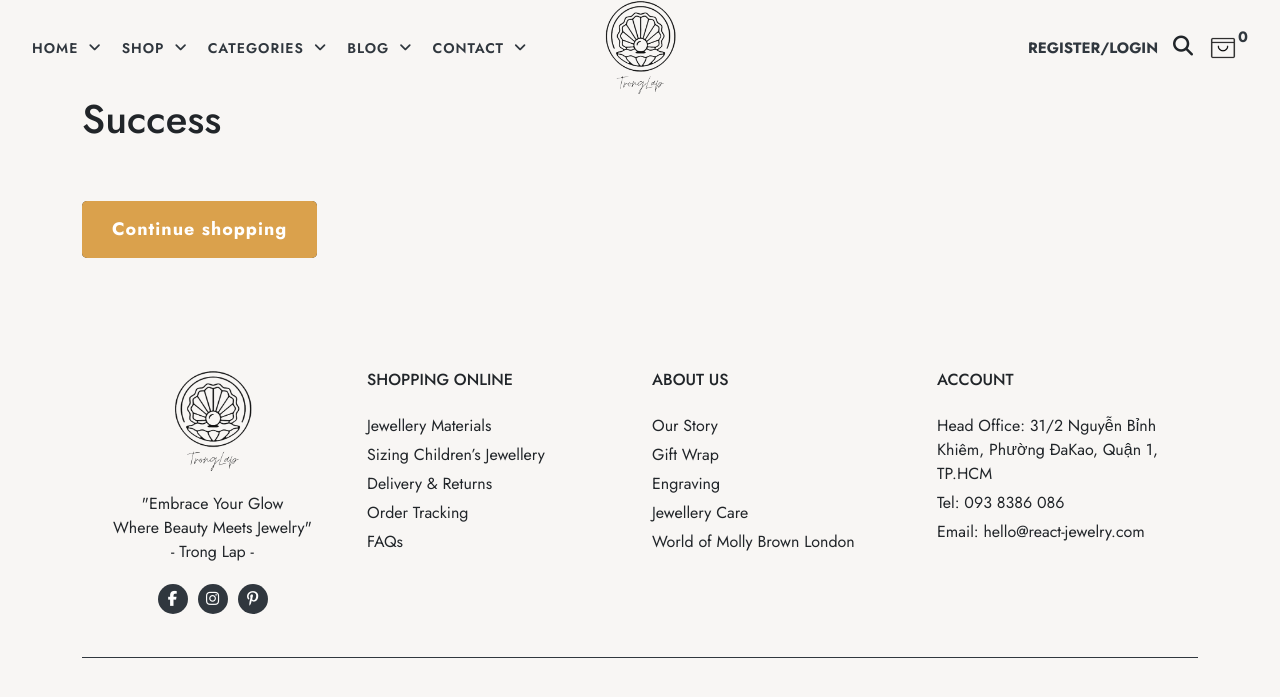
Repository: tronglap/react-jewelry
Page: /order-success
An editor plug-in stored every save of this project. The page is shown before and after a run of saves, followed by the edit.
The browser window is 1280 px wide. The pictures show the whole page.
The pointer rests on the first visible `.shop-now`.
The project was rebuilt for these pictures with package versions that can differ from the ones it lists, and the page was loaded fresh each time. Also part of the build but not shown: src/component/SliderBar/SliderBar.css, src/component/SliderBar/SliderBar.js, src/component/Home/WWD/WWD.css, src/component/Home/WWD/WWD.js, src/component/Home/Home.css, src/component/Home/Categories/Categories.js, src/component/CardProduct/CartProduct.js, src/component/Home/OURBESTSELLING/OB.css and 16 more.

Above is the page before, as saved 2024-03-26 20:50:38.

### src/App.css
@import url('https://fonts.googleapis.com/css2?family=Jost:ital,wght@0,100..900;1,100..900&family=Prata&display=swap');


* {
    margin: 0;
    padding: 0;
    box-sizing: border-box;
}

img {
    width: 100%;
}

a {
    text-decoration: none;
}

ul {
    list-style: none;
    margin: 0;
    padding: 0;
}

body {
    font-family: "Jost", sans-serif;
    --seconddaryfont: "Prata";
    --color-primary: #daa14c;
    --color-secondary: #30373e;
    --color-text: #666;
    --color-accent: #30373e;
    --color-lighter: #888;
    --color-dark: #202020;
    --color-highlight: #ccc;
    --color-border: #e3e3e3;
    --color-background-light: #f8f6f4;
    --color-background-field: #DADADA20;
    background-color: #f8f6f4;
}

### src/UseContext.js
import React, { createContext, useContext, useState } from "react";

const UseContext = createContext();

export const useCart = () => {
  return useContext(UseContext);
};

export const CartProvider = ({ children }) => {
  const [cartItems, setCartItems] = useState(
    localStorage.getItem("LIST_CART")
      ? JSON.parse(localStorage.getItem("LIST_CART"))
      : []
  );

  const addToCart = (product, quantity) => {
    const newCart = [...cartItems];

    const checkIndex = newCart.findIndex((item) => item.id === product.id);

    if (checkIndex >= 0) {
      newCart[checkIndex].quantity += quantity;
    } else {
      product.quantity = quantity;
      newCart.push(product);
    }
    setCartItems(newCart);
    localStorage.setItem("LIST_CART", JSON.stringify(newCart));
  };

  return (
    <UseContext.Provider value={{ cartItems, addToCart, setCartItems }}>
      {children}
    </UseContext.Provider>
  );
};

### src/component/AutoTop/AutoTop.js
import { useEffect } from "react";
import { useNavigate } from "react-router-dom";

const AutoTop = () => {
  const navigate = useNavigate();
  useEffect(() => {
    window.scrollTo({
      top: 0,
      behavior: "smooth",
    });
  }, [navigate]);
  return null;
};

export default AutoTop;

### src/component/OrderSuccess/OS.js
import React from "react";
import Header from "../Header/HeaderMain/Header";
import { Container } from "react-bootstrap";
import { Link } from "react-router-dom";
import Button from "../Button/Button";
import "./OS.css";

const OS = () => {
  return (
    <div>
      <Header />
      <Container>
        <div>
          <h1>Success</h1>
          <Link to="/list-product">
            <Button title="Continue shopping"></Button>
          </Link>
        </div>
      </Container>
    </div>
  );
};

export default OS;

### src/component/Footer/Footer.css
.footer {
    margin-top: 10%;
    text-align: left;
    height: 40vh;
    border-bottom: 0.1px solid var(--color-secondary);
    margin-bottom: 20px;
}

.footer .logo {
    margin: 0 auto;
    width: 30%;
}

.footer .slogan {
    text-align: center;
    margin: 20px 0;
}

.footer .social-links {
    display: flex;
    gap: 10px;
    margin-top: 10px;
    justify-content: center;
}

.footer .social-links a {
    display: flex;
    align-items: center;
    justify-content: center;
    color: white;
    background-color: var(--color-secondary);
    border-radius: 50%;
    width: 30px;
    height: 30px;
    font-size: 20px;
    text-align: center;
    transition: 0.3s ease;
}

.footer .social-links a:hover {
    background-color: var(--color-primary);
}

::selection {
    color: white;
    background-color: var(--color-primary);
}

.footer ul {
    margin-top: 25px;
}

.footer ul li {
    margin-bottom: 5px;
    cursor: pointer;
    transition: 0.2s linear;
}

.footer ul li:hover {
    color: var(--color-primary)
}

### src/component/Button/Button.js
import React from "react";
import "./Button.css";

const Button = ({ title, onClick, type }) => {
  return (
    <button type={type} className="shop-now" onClick={onClick}>
      {title}
    </button>
  );
};

export default Button;

### src/component/Cart/Cart.css
.Cart .link_header {
    display: flex;
    justify-content: flex-start;
    align-items: center;
}

.Cart .link_header .Home,
.Cart .link_header .Shop {
    line-height: 24px;
    text-decoration: none;
    color: var(--color-text);
    font-weight: 400;
    font-size: 14px;
    transition: 0.2s ease;
}

.Cart .link_header .Shop {
    color: var(--color-primary)
}

.Cart .link_header .Home:hover,
.Cart .link_header .Home:hover i {
    color: var(--color-primary)
}

.Cart .link_header .Home i,
.Cart .link_header .icon i {
    margin-right: 10px;
    color: var(--color-text);
    transition: 0.2s ease;
    font-size: 13px;
}

.Cart .link_header .icon {
    display: flex;
    align-items: center;
    justify-content: center;
    margin: 0 10px;
}

.Cart .cart-product {
    display: none;
    margin-top: 10%;
    text-align: center;
}

.Cart .cart-product.active {
    display: block;
}

.Cart .noti.active {
    display: none;
}

.Cart .cart-product .title {
    color: var(--color-secondary);
    font-weight: 600;
    text-transform: uppercase;
}

.Cart .cart-product .quantity {
    display: flex;
    align-items: center;
    justify-content: space-between;
    border: 1px solid #e3e3e3;

}

.Cart .cart-product .quantity input {
    padding: 13px 0;
    font-size: 14px;
    font-weight: 600;
    text-align: center;
    margin: 0 auto;
    outline: none;
    background-color: transparent;
    border: none;
    width: 50%;
}

.Cart .cart-product .quantity button {
    padding: 5px 10px 5px 10px;
    border: none;
    background-color: transparent;
    transition: 0.5s linear;
    border-radius: 50%;
    outline: none;
}

.Cart .cart-product .quantity button:active {
    background-color: rgba(128, 128, 128, 0.5)
}

p {
    margin: 0;
}

.Cart .cart-product .bill {
    text-align: left;
    padding: 30px 30px 40px;
    position: relative;
    background-color: #F8F6F4;
    border: 6px solid #E3E3E3;
    border-radius: 5px;
    color: var(--color-secondary)
}

.Cart .cart-product .bill .cart-total h2 {
    font-size: 28px;
    font-family: 'Prata', sans-serif;
    margin-bottom: 15px;
    font-weight: 400;
}

.Cart .cart-product .bill .total-product,
.Cart .cart-product .bill .total {
    display: flex;
    justify-content: space-between;
    align-items: center;
    font-size: 18px;
    padding: 1em 0;
}

.Cart .cart-product .bill .total {
    margin: 10% 0
}

.Cart .cart-product .bill .total .price {
    font-size: 24px;
    color: var(--color-primary);
    font-weight: 600;
}

.Cart .cart-product .bill .proceed-to-checkout {
    outline: none;
    text-align: center;
}

.Cart .cart-product .bill .proceed-to-checkout .btn-proceed .shop-now {
    margin: 0;
    text-transform: uppercase;
    width: 100%;
    font-weight: 600;
    font-size: 13px;
}

.Cart .cart-product .bill .proceed-to-checkout .btn-proceed .shop-now:hover {
    box-shadow: inset 350px 0 0 0 var(--color-primary);
}

### src/component/OrderSuccess/OS.css
.shop-now:hover {
    box-shadow: inset 300px 0 0 0 var(--color-primary);
}

### src/component/Home/Categories/Categories.css
img {
    width: 100%;
}

.icon_cate {
    display: flex;
    gap: 20px;
    margin: 10% 0;
    justify-content: center;
    align-items: center;
}

.icon_cate .icon1,
.icon_cate .icon2,
.icon_cate .icon3 {
    text-align: center;
}

.icon_cate .icon1 .img_icon,
.icon_cate .icon2 .img_icon,
.icon_cate .icon3 .img_icon {
    display: flex;
    justify-content: center;
    margin-bottom: 15px;
}

.icon_cate .icon1 .img_icon .thumb,
.icon_cate .icon2 .img_icon .thumb,
.icon_cate .icon3 .img_icon .thumb {
    width: 25%;
    border-radius: 50%;
    padding: 20px;
    transition: 0.2s ease;
}

.icon_cate .icon1:hover .img_icon .thumb,
.icon_cate .icon2:hover .img_icon .thumb,
.icon_cate .icon3:hover .img_icon .thumb {
    background: var(--color-primary)
}

.icon_cate .icon1 .title,
.icon_cate .icon2 .title,
.icon_cate .icon3 .title {
    font-size: 24px;
    font-family: 'Prata', sans-serif;
    letter-spacing: .3px;
    color: var(--color-secondary);
    margin-bottom: 15px;
    transition: 0.2s ease;
}

.icon_cate .icon1:hover .title,
.icon_cate .icon2:hover .title,
.icon_cate .icon3:hover .title {
    color: var(--color-primary)
}

.icon_cate .icon1 .desc,
.icon_cate .icon2 .desc,
.icon_cate .icon3 .desc {
    width: 60%;
    margin: 0 auto;
}

.cate {
    overflow: hidden;
}

.cate .right .diamond {
    overflow: hidden;
}

.cate .right {
    display: flex;
    flex-wrap: wrap;
    gap: 5%;
}

.cate .necklaces,
.cate .right .diamond,
.cate .right .earrings,
.cate .right .rings {
    position: relative;
    transition: 0.5s ease;
}

.cate .necklaces::after,
.cate .right .diamond::after,
.cate .right .earrings::after,
.cate .right .rings::after {
    content: "";
    display: block;
    opacity: 0;
    width: 100%;
    height: 200px;
    background: linear-gradient(to top, rgba(0, 0, 0, 0.3), rgba(0, 0, 0, 0));
    bottom: -100px;
    position: absolute;
    transition: 0.5s ease;
    z-index: 0;
}

.cate .necklaces:hover::after,
.cate .right .diamond:hover::after,
.cate .right .earrings:hover::after,
.cate .right .rings:hover::after {
    opacity: 1;
    bottom: 0;
}

.cate .necklaces::before,
.cate .right .diamond::before,
.cate .right .earrings::before,
.cate .right .rings::before {
    content: "";
    opacity: 0;
    width: 100%;
    height: 50px;
    font-family: 'Prata', sans-serif;
    font-size: 35px;
    color: white;
    text-align: center;
    bottom: -50px;
    position: absolute;
    transition: 0.5s ease;
    z-index: 1;
}

.cate .necklaces:hover::before {
    content: "Necklaces";
    opacity: 1;
    bottom: 20px;
}

.cate .right .diamond:hover::before {
    content: "Diamond";
    opacity: 1;
    bottom: 20px;
}

.cate .right .earrings:hover::before {
    content: "Earrings";
    opacity: 1;
    bottom: 20px;
}

.cate .right .rings:hover::before {
    content: "Rings";
    opacity: 1;
    bottom: 20px;
}

### src/component/Header/Header.css
.nav {
    display: flex;
    justify-content: space-between;
    padding: 10px 50px;
    position: absolute;
    background-color: rgba(255, 255, 255, 0);
    color: var(--color-secondary);
    z-index: 1;
    width: 100%;
}

svg {
    margin-top: 0px;
}

path {
    fill: black;
    stroke: black;
    stroke-width: 2px;
    transition: 0.2s linear;
}



.nav .left,
.nav .mid,
.nav .right {
    display: flex;
    align-items: center;
    justify-content: center;
    width: 10%;
}

.nav .right .register a {
    color: var(--color-secondary);
    text-transform: uppercase;
    font-weight: bold;
    font-size: 15px;
    transition: 0.2s linear;
}

.nav .right .register a:hover {
    color: var(--color-primary)
}

.nav .right .cart {
    display: flex;
    justify-content: center;
    align-items: center;
    margin-left: 15px;
    cursor: pointer;
}


.nav .right .cart:hover svg path {
    fill: var(--color-primary);
    stroke: var(--color-primary);
    stroke-width: 2px;
}

.nav .right .cart:hover .count {
    color: var(--color-primary)
}

.nav .right .cart .count {
    font-weight: bold;
    font-size: 15px;
    margin-bottom: 20px;
    transition: 0.2s linear;
    color: var(--color-secondary)
}


.nav .left .bar {
    display: flex;
    justify-content: center;
    align-items: center;
    cursor: pointer;
    position: relative;
    color: transparent;
}

.nav .left .bar .line1 {
    display: block;
    width: 20px;
    height: 2px;
    background-color: var(--color-secondary);
    top: 5px;
    left: 0;
    position: absolute;
    border-radius: 5px;
    transition: 0.1s linear;
}

.nav .left .bar .line2 {
    display: block;
    width: 15px;
    height: 2.5px;
    background-color: var(--color-secondary);
    top: 10px;
    left: 0;
    position: absolute;
    transition: 0.1s linear;
    border-radius: 5px;
}

.nav .left .bar .line3 {
    display: block;
    width: 20px;
    height: 2.5px;
    background-color: var(--color-secondary);
    top: 15px;
    left: 0;
    position: absolute;
    border-radius: 5px;
    transition: 0.1s linear;
}

.nav .left .bar:hover .line1,
.nav .left .bar:hover .line2,
.nav .left .bar:hover .line3 {
    background-color: var(--color-primary)
}

.nav .left .bar:hover .line2 {
    width: 20px;
}

.nav .left .search {
    display: flex;
    justify-content: center;
    align-items: center;
    cursor: pointer;
    transition: 0.2s ease;
}

.nav .left .search:hover {
    color: var(--color-primary)
}

.nav .left .search p {
    text-transform: uppercase;
    font-size: 10px;
    font-weight: bold;
    margin: 0;
}

.nav .left .search i {
    margin-right: 5px;
    font-size: 20px;
}

.nav .mid .logo {
    width: 30%;
}

/*------------------------------------*/

/*  {
    display: none;
    top: 0;
    left: 0;
    width: 100%;
    background-color: rgba(0, 0, 0, 0.5);
    position: absolute;
}

.active {
    display: block;
} */

.NavBar {
    opacity: 0;
    pointer-events: none;
    top: 0;
    left: -200px;
    width: 30%;
    height: 100vh;
    padding: 20px;
    transition: 0.3s linear;
    background-color: white;
    position: absolute;

}

.NavBar.active {
    pointer-events: visible;
    opacity: 1;
    left: 0;
}

.NavBar .icon_close {
    margin-bottom: 5%;
    cursor: pointer;
    position: relative;
}


.NavBar .icon_close .icon .line1 {
    width: 20px;
    height: 2px;
    top: 10px;
    right: 0;
    border-radius: 5px;
    background-color: black;
    transition: 0.3s ease;
    transform: rotate(45deg);
    position: absolute;
}

.NavBar .icon_close .icon .line2 {
    width: 20px;
    height: 2px;
    top: 10px;
    right: 0;
    border-radius: 5px;
    background-color: black;
    transition: 0.3s ease;
    transform: rotate(-45deg);
    position: absolute;
}

.NavBar .icon_close .icon:hover .line1,
.NavBar .icon_close .icon:hover .line2 {
    transform: rotate(0);
    height: 3.5px;
    background-color: var(--color-primary)
}

.NavBar .icon_close .Menu {
    color: var(--color-secondary);
    text-transform: uppercase;
    text-align: left;
    font-size: 14px;
    font-weight: 500;
    line-height: 20px;
    position: relative;
}

.NavBar .icon_close .Menu::after {
    content: "";
    display: block;
    margin-top: 20%;
    width: 100%;
    height: 2px;
    background-color: var(--color-primary);
    position: absolute;
}

.NavBar .Home,
.NavBar .Shop,
.NavBar .Categories,
.NavBar .Blog,
.NavBar .Contact {
    display: flex;
    justify-content: space-between;
    align-items: center;
    font-weight: 400;
    font-size: 14px;
    color: var(--color-secondary);
    padding: 15px 0px;
    transition: 0.1s linear;
    cursor: pointer;
}

.NavBar .Home i,
.NavBar .Shop i,
.NavBar .Categories i,
.NavBar .Blog i,
.NavBar .Contact i {
    font-size: 15px;
    transition: 0.3s ease;
}

.NavBar .Home:hover,
.NavBar .Shop:hover,
.NavBar .Categories:hover,
.NavBar .Blog:hover,
.NavBar .Contact:hover {
    color: var(--color-primary)
}

.NavBar .Home.active i,
.NavBar .Shop.acive i,
.NavBar .Categories.active i,
.NavBar .Blog.active i,
.NavBar .Contact.active i {
    transform: rotate(90deg);
}

### src/component/Header/HeaderMain/Header.css
svg {
    margin-top: 0px;
}

path {
    fill: black;
    stroke: black;
    stroke-width: 2px;
    transition: 0.2s linear;
}

.HeaderMain {
    display: flex;
    justify-content: space-between;
    align-items: center;
    padding: 0 20px;
}

.HeaderMain .left {
    display: flex;
    gap: 20px;
    width: 40%;
}

.HeaderMain .left .Home,
.HeaderMain .left .Shop,
.HeaderMain .left .Categories,
.HeaderMain .left .Blog,
.HeaderMain .left .Contact {
    display: flex;
    justify-content: space-between;
    align-items: center;
    text-transform: uppercase;
    line-height: 1.2857142857;
    font-weight: 600;
    font-size: 14px;
    color: var(--color-secondary);
    letter-spacing: 1px;
    transition: 0.2s ease;
}

.HeaderMain .left .Home:hover,
.HeaderMain .left .Shop:hover,
.HeaderMain .left .Categories:hover,
.HeaderMain .left .Blog:hover,
.HeaderMain .left .Contact:hover {
    color: var(--color-primary);
}


.HeaderMain .left .Home i,
.HeaderMain .left .Shop i,
.HeaderMain .left .Categories i,
.HeaderMain .left .Blog i,
.HeaderMain .left .Contact i {
    margin-left: 10px;
}

.HeaderMain .mid {
    display: flex;
    justify-content: center;
    width: 20%;
}

.HeaderMain .mid .thumb {
    width: 30%;
}

.HeaderMain .right {
    display: flex;
    align-items: center;
    justify-content: right;
    width: 40%;
}

.HeaderMain .right .register a {
    color: var(--color-secondary);
    text-transform: uppercase;
    font-weight: bold;
    font-size: 15px;
    transition: 0.2s linear;
}

.HeaderMain .right .register a:hover {
    color: var(--color-primary)
}

.HeaderMain .right .search {
    transition: 0.2s ease;
}

.HeaderMain .right .search i {
    font-size: 20px;
    margin-left: 15px;
}

.HeaderMain .right .search:hover {
    color: var(--color-primary)
}

.HeaderMain .right .cart {
    display: flex;
    justify-content: center;
    align-items: center;
    margin-left: 15px;
    cursor: pointer;
}


.HeaderMain .right .cart:hover svg path {
    fill: var(--color-primary);
    stroke: var(--color-primary);
    stroke-width: 2px;
}

.HeaderMain .right .cart:hover .count {
    color: var(--color-primary)
}

.HeaderMain .right .cart .count {
    font-weight: bold;
    font-size: 15px;
    margin-bottom: 20px;
    transition: 0.2s linear;
    color: var(--color-secondary)
}

### src/component/CardProduct/CartProduct.css
img {
    width: 100%;
}

.Card_item {
    margin: 0 5px;
    text-align: center;
    position: relative;
    width: 100%;
    text-align: center;
    overflow: hidden;
}

.Card_item .thumb {
    display: block;
    position: relative;
    transition: 0.5s linear;
    overflow: hidden;
    width: 290px;
}

.Card_item .thumb:hover {
    border-radius: 49% 49% 0 0;
}

.Card_item .thumb img {
    transition: 0.5s ease;
    position: relative;
}

.Card_item .thumb img:first-child {
    opacity: 1;
    transition: 0.3s linear;

}

.Card_item .thumb:hover img:first-child {
    opacity: 0;
}

.Card_item .thumb img:last-child {
    opacity: 0;
    position: absolute;
    top: 0;
    left: 0;
    transition: 0.3s linear;
}

.Card_item .thumb:hover img:last-child {
    opacity: 1;
    display: block;
    transform: scale(1.2);
}

.Card_item .sale {
    display: none;
    width: 50px;
    height: 20px;
    color: white;
    padding: 2.5px 10px;
    font-weight: bold;
    font-size: 10px;
    top: 10px;
    left: 10px;
    background-color: var(--color-primary);
    position: absolute;
    transition: 0.2s linear;
    z-index: 999;
}

.Card_item .sale.active {
    display: block;
}

.Card_item:hover .sale.active {
    display: none;
}

.Card_item .info {
    margin-top: 10px;
}

.Card_item .info .cate {
    color: var(--color-primary);
    text-transform: uppercase;
    font-size: 12px;
    font-weight: 500;
    line-height: 1.35;
}

.Card_item .info .name {
    font-size: 20px;
    color: var(--color-secondary);
    text-transform: capitalize;
    transition: 0.2s ease;
}

.Card_item .info .name:hover {
    color: var(--color-primary)
}

.Card_item .info .material {
    color: var(--color-text);
    text-transform: capitalize;
    font-size: 14px
}

.Card_item .info .price .discount {
    font-weight: 700;
    color: var(--color-secondary)
}

.Card_item .info .price .cost {
    color: var(--color-secondary);
    font-weight: 500;
    text-decoration: line-through;
    font-size: 14px;
}

.Card_item .info .price .discount.active {
    display: none;
}

.Card_item .info .price .cost.active {
    font-weight: 700;
    color: var(--color-secondary);
    text-decoration: none;
    font-size: 16px;
}

### src/component/Button/Button.css
.shop-now {
    position: relative;
    display: inline-block;
    margin-top: 50px;
    padding: 15px 30px;
    text-align: center;
    font-size: 18px;
    font-weight: bold;
    letter-spacing: 1px;
    text-decoration: none;
    color: white;
    background: var(--color-secondary);
    cursor: pointer;
    transition: 0.5s ease-out;
    border-radius: 5px;
    box-shadow: inset 0 0 0 0 var(--color-secondary);
    border: none;
}

.shop-now:hover {
    box-shadow: inset 200px 0 0 0 var(--color-primary);
}

.shop-now:active {
    transform: scale(0.9);
}

### src/component/CardNews/CardNews.css
img {
    width: 100%;
}

.Card_news {
    width: 90%;
    margin: 0 auto;
    cursor: pointer;
}

.Card_news .thumb {
    margin-bottom: 3%;
    overflow: hidden;
}

.Card_news .thumb img {
    transition: 0.3s linear;
}

.Card_news .thumb:hover img {
    transform: scale(1.1);
}

.Card_news .infor {
    text-align: center;
}

.Card_news .infor .date p {
    font-size: 14px;
    text-transform: capitalize;
    color: var(--color-lighter);
    transition: 0.5s ease
}

.Card_news .infor .date p:hover {
    color: var(--color-primary)
}

.Card_news .infor .title h4 {
    display: -webkit-box;
    -webkit-box-orient: vertical;
    -webkit-line-clamp: 1;
    overflow: hidden;
    transition: 0.3s ease;
}

.Card_news .infor .title h4:hover {
    color: var(--color-primary)
}

.Card_news .infor .content p {
    display: -webkit-box;
    -webkit-box-orient: vertical;
    -webkit-line-clamp: 3;
    overflow: hidden;
    color: var(--color-text)
}

.Card_news .infor .view {
    color: var(--color-dark);
    font-weight: bold;
    font-size: 13px;
    font-weight: 600;
    line-height: 1.3;
    text-transform: uppercase;
    transition: 0.3s linear;
    margin-top: 12%;
}

.Card_news .infor .view:hover {
    color: var(--color-primary)
}

@keyframes zoom_news {
    0% {
        transform: scale(1);
    }

    100% {
        transform: scale(1.1);
    }
}

Loaded but not shown: public/index.html (common file); src/index.js (common file); src/index.css (common file); src/reportWebVitals.js (common file); public/manifest.json (common file); src/component/Header/HeaderMain/Header.js (74 lines, source omitted); src/component/Footer/Footer.js (69 lines, source omitted); src/App.js (36 lines, source omitted)

After the next 2 saves:
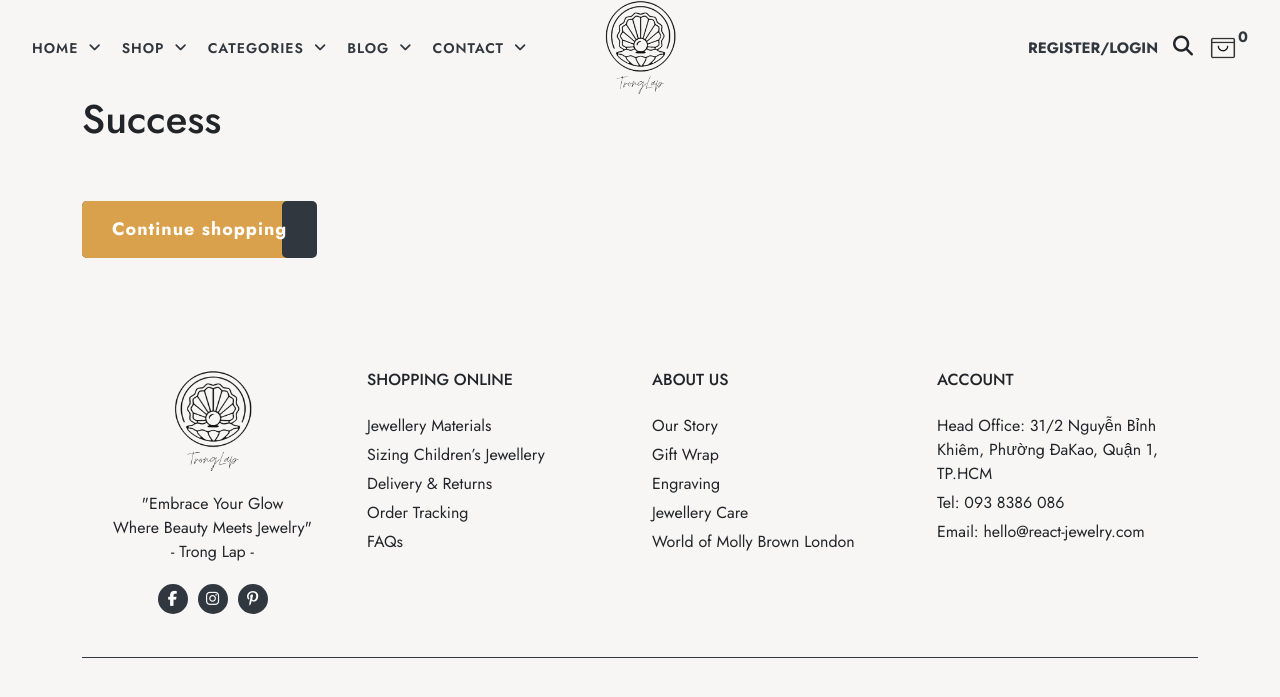
The 2 saves are shown as one change because they came seconds apart.
The last was saved 9 s later.
--- a/src/component/OrderSuccess/OS.css
+++ b/src/component/OrderSuccess/OS.css
@@ -1,3 +1,3 @@
 .shop-now:hover {
-    box-shadow: inset 300px 0 0 0 var(--color-primary);
+    box-shadow: inset 200px 0 0 0 var(--color-primary);
 }

After the save that followed:
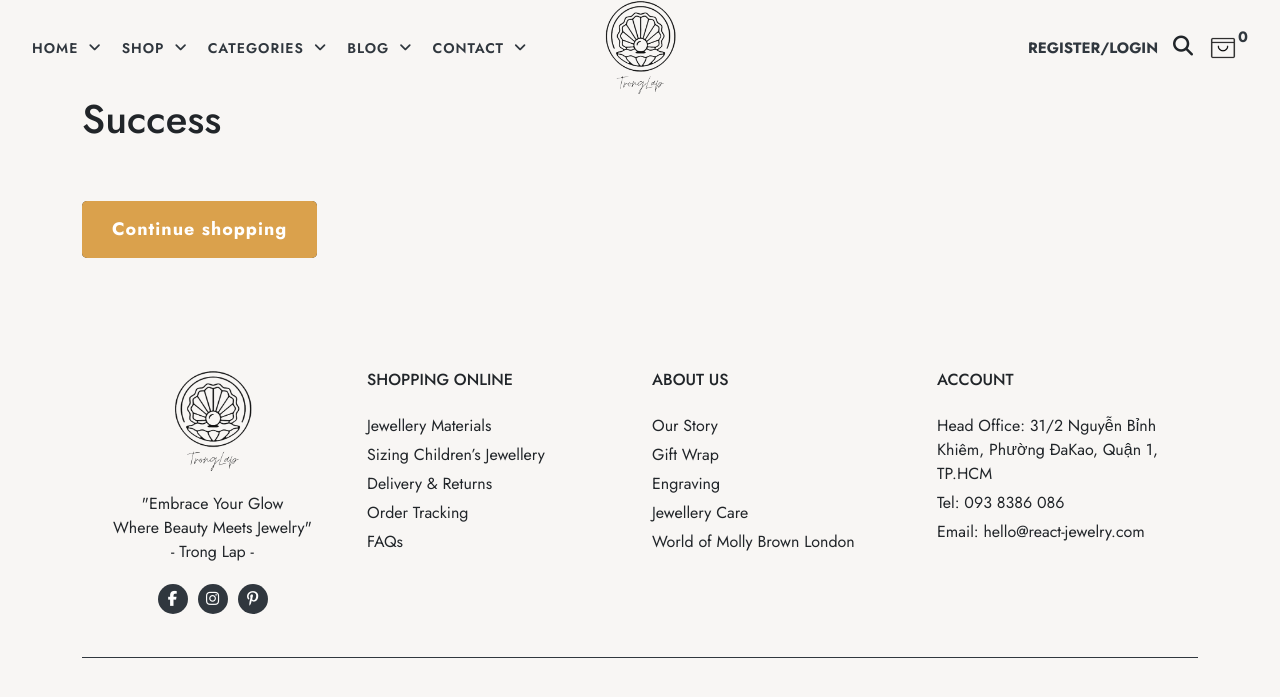
Saved 4 s later.
--- a/src/component/OrderSuccess/OS.css
+++ b/src/component/OrderSuccess/OS.css
@@ -1,3 +1,3 @@
 .shop-now:hover {
-    box-shadow: inset 200px 0 0 0 var(--color-primary);
+    box-shadow: inset 250px 0 0 0 var(--color-primary);
 }
